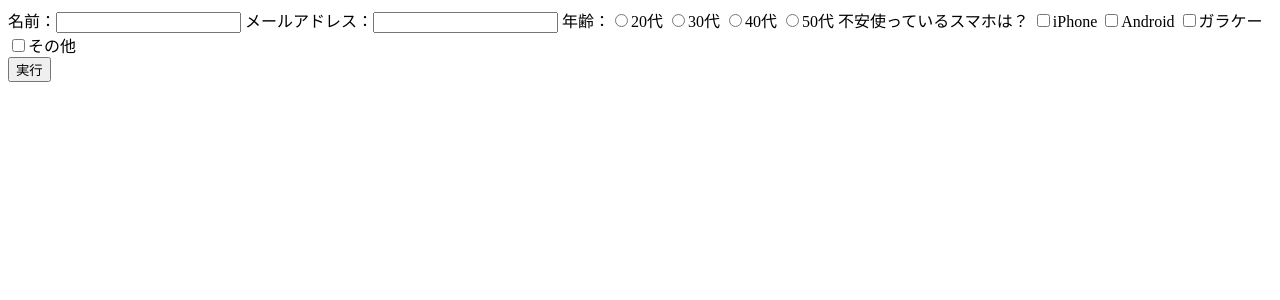
Repository: myojosamurai/Samurai_JS-
Page: javascript1/index9-6.html
The author's editor kept a record of every edit. The page is drawn from the files as they stood at one moment, then again after the next edit.
The browser window is 1280 px wide. The pictures show the whole page.

Above is the page before.

After the next edit:
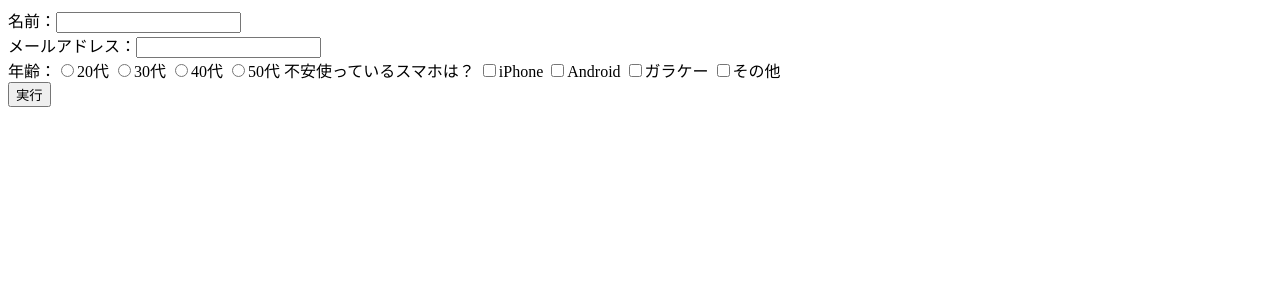
The edit:
--- a/javascript1/index9-6.html
+++ b/javascript1/index9-6.html
@@ -6,8 +6,8 @@
   </head>
 <body>
   <form name="myForm">
-    名前：<input type="text" name="myText">
-    メールアドレス：<input type="text" name="myText">
+    名前：<input type="text" name="myText"><br>
+    メールアドレス：<input type="text" name="myText"><br>
     年齢：<input type="radio" name="age" value="20代" />20代
     <input type="radio" name="age" value="30代" />30代
     <input type="radio" name="age" value="40代" />40代
